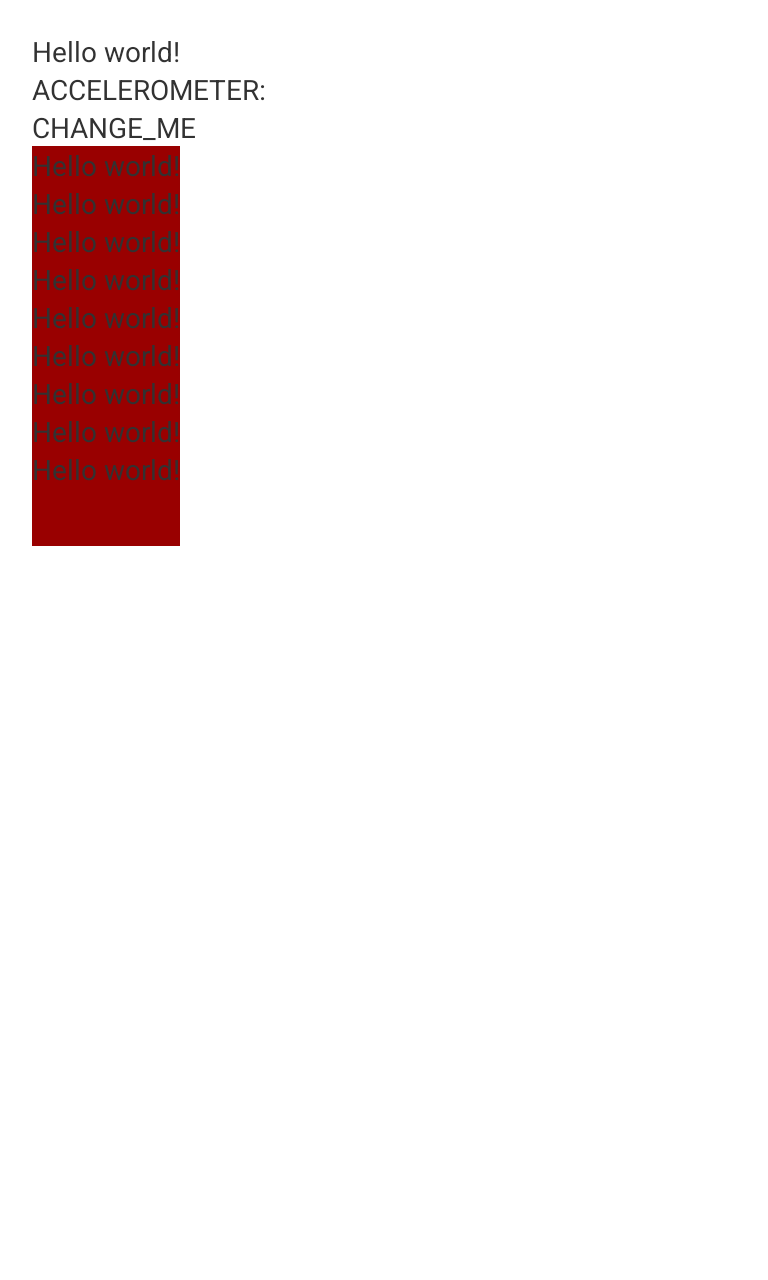
Repository: acrabb/soundcloudtest
Layout: HelloWorld/res/layout/activity_main.xml
The author's editor kept a copy of each file at every save. The layout is drawn from the files as they stood at one save, then again after the next save.
It is drawn on a 768 x 1280 px phone screen (xhdpi) without system bars, with theme AppTheme; the app's code is not run.

Above is the layout before, as saved 2013-10-07 09:10:10.

### HelloWorld/res/layout/activity_main.xml
<RelativeLayout xmlns:android="http://schemas.android.com/apk/res/android"
    xmlns:tools="http://schemas.android.com/tools"
    android:layout_width="match_parent"
    android:layout_height="match_parent"
    android:paddingBottom="@dimen/activity_vertical_margin"
    android:paddingLeft="@dimen/activity_horizontal_margin"
    android:paddingRight="@dimen/activity_horizontal_margin"
    android:paddingTop="@dimen/activity_vertical_margin"
    tools:context=".MainActivity" >

    <TextView
        android:id="@+id/hello"
        android:layout_width="wrap_content"
        android:layout_height="wrap_content"
        android:text="@string/hello_world" />
    <TextView
        android:id="@+id/accel_label"
        android:layout_width="wrap_content"
        android:layout_height="wrap_content"
        android:layout_below="@id/hello"
        android:text="ACCELEROMETER: " />
    <TextView
        android:id="@+id/accel_num"
        android:layout_width="wrap_content"
        android:layout_height="wrap_content"
        android:layout_below="@id/accel_label"
        android:text="CHANGE_ME" />
    <ScrollView
        android:id="@+id/scroll_thing"
        android:layout_width="wrap_content"
        android:layout_height="200dp"
        android:layout_below="@id/accel_num"
        android:background="#990000"
        >
        <LinearLayout
            android:layout_width="wrap_content"
	        android:layout_height="wrap_content"
	        android:orientation="vertical"
            >
            <TextView
		        android:layout_width="wrap_content"
		        android:layout_height="wrap_content"
		        android:text="@string/hello_world" />
            <TextView
		        android:layout_width="wrap_content"
		        android:layout_height="wrap_content"
		        android:text="@string/hello_world" />
            <TextView
		        android:layout_width="wrap_content"
		        android:layout_height="wrap_content"
		        android:text="@string/hello_world" />
            <TextView
		        android:layout_width="wrap_content"
		        android:layout_height="wrap_content"
		        android:text="@string/hello_world" />
            <TextView
		        android:layout_width="wrap_content"
		        android:layout_height="wrap_content"
		        android:text="@string/hello_world" />
            <TextView
		        android:layout_width="wrap_content"
		        android:layout_height="wrap_content"
		        android:text="@string/hello_world" />
            <TextView
		        android:layout_width="wrap_content"
		        android:layout_height="wrap_content"
		        android:text="@string/hello_world" />
            <TextView
		        android:layout_width="wrap_content"
		        android:layout_height="wrap_content"
		        android:text="@string/hello_world" />
            <TextView
		        android:layout_width="wrap_content"
		        android:layout_height="wrap_content"
		        android:text="@string/hello_world" />
        </LinearLayout>
    </ScrollView>

</RelativeLayout>

### HelloWorld/res/values/strings.xml
<?xml version="1.0" encoding="utf-8"?>
<resources>

    <string name="app_name">Hello World</string>
    <string name="action_settings">Settings</string>
    <string name="hello_world">Hello world!</string>

</resources>

Loaded but not shown: HelloWorld/res/values/styles.xml (common file); HelloWorld/res/values-v11/styles.xml (common file); HelloWorld/res/values-v14/styles.xml (common file); HelloWorld/res/values/dimens.xml (common file)

After the next save:
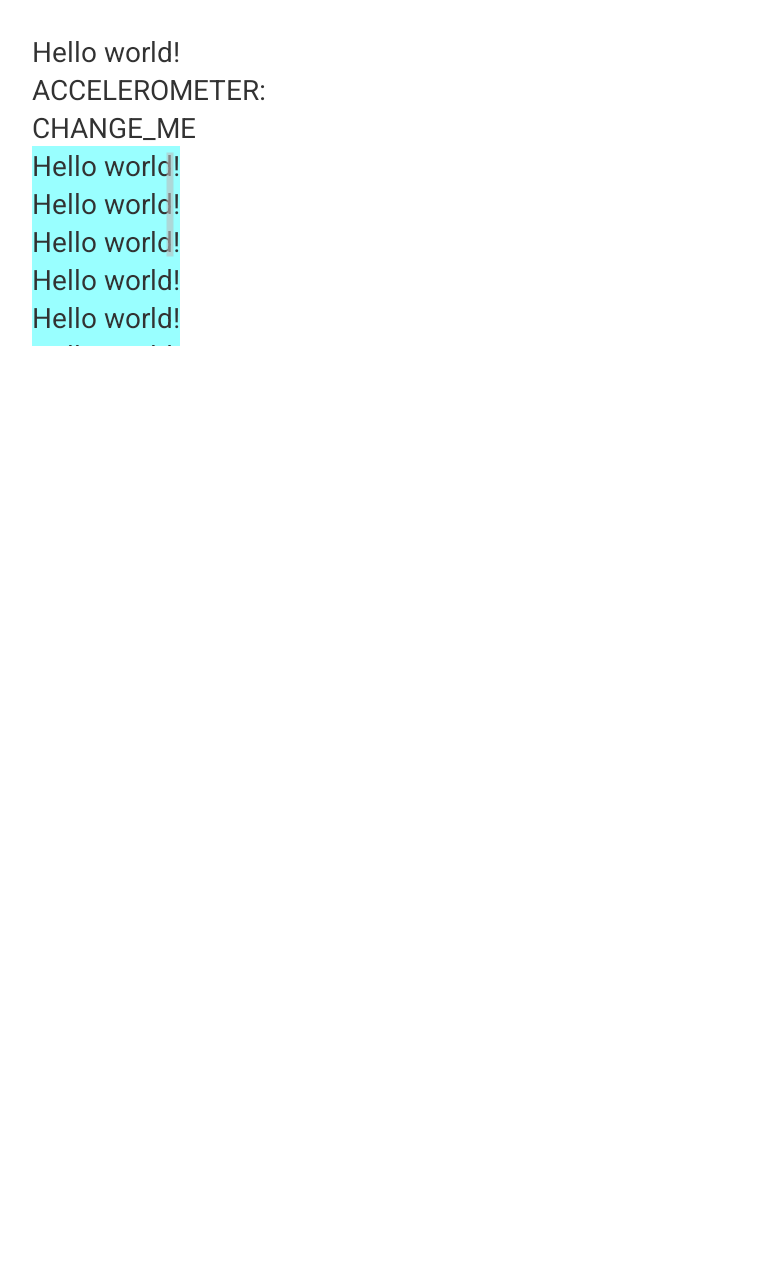
Saved 26 s later.
--- a/HelloWorld/res/layout/activity_main.xml
+++ b/HelloWorld/res/layout/activity_main.xml
@@ -28,9 +28,9 @@
     <ScrollView
         android:id="@+id/scroll_thing"
         android:layout_width="wrap_content"
-        android:layout_height="200dp"
+        android:layout_height="100dp"
         android:layout_below="@id/accel_num"
-        android:background="#990000"
+        android:background="#99FFFF"
         >
         <LinearLayout
             android:layout_width="wrap_content"
